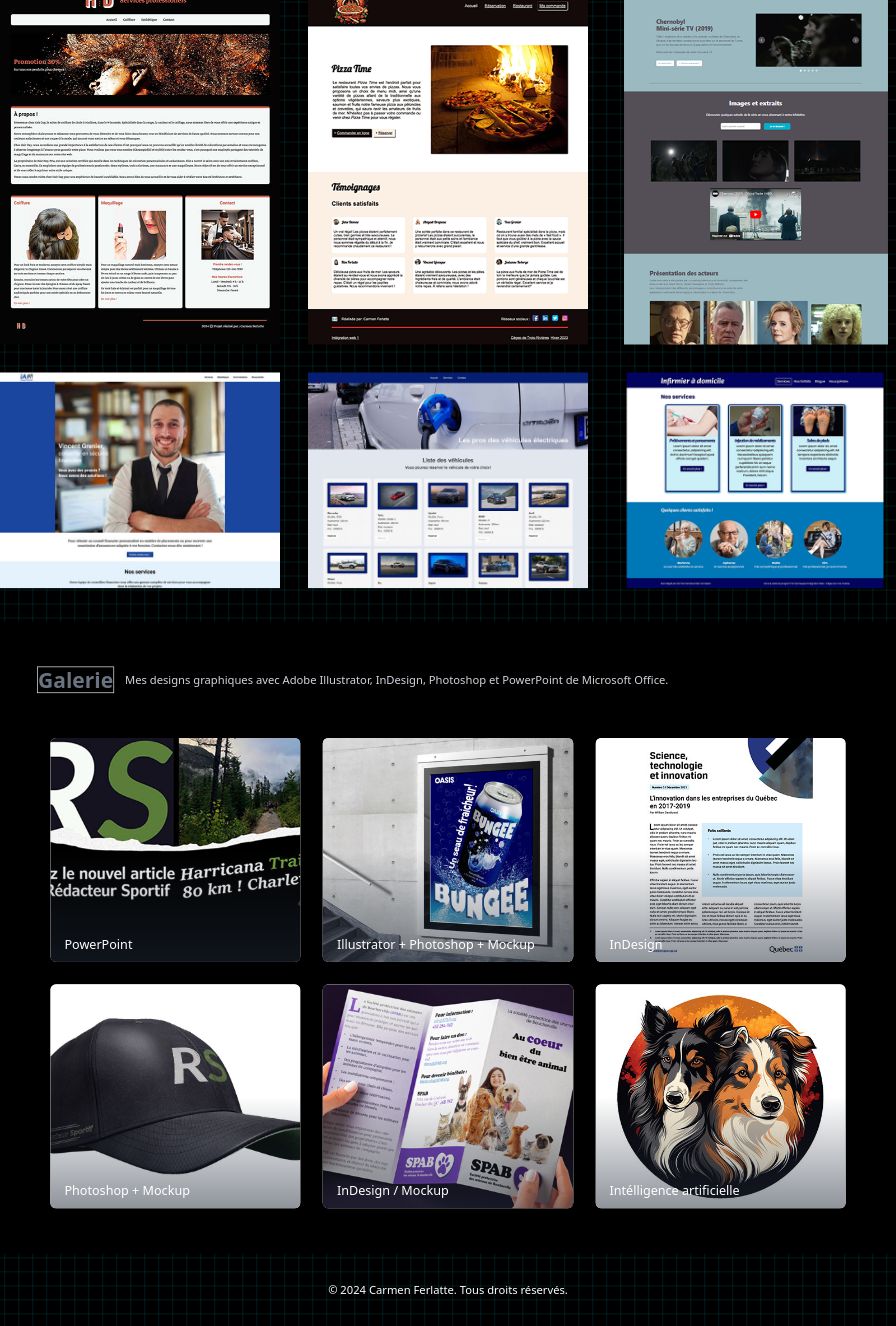
Repository: CarmenFerlatte/TP3__FerlatteCarmen
Page: realisations.html
An editor plug-in stored every save of this project. The page is shown before and after the next save, followed by the edit.
The browser window is 1280 px wide. The pictures show the part of the page from y = 1053 to 2973 px (the page is 2947 px tall before and 2973 px after), at 70% of full size.
Some web libraries are served in a nearby version. The style sheet was rebuilt from its Sass, Less or Tailwind sources for each picture, by a compiler version that may differ from the author's.

Above is the page before, as saved 2024-08-22 12:09:28.
Console error: TypeError: Cannot read properties of null (reading 'addEventListener')

### realisations.html
<!DOCTYPE html>
<html lang="fr-ca">
<head>
    <meta charset="UTF-8">
    <meta name="viewport" content="width=device-width, initial-scale=1.0">
    <link href="https://cdn.jsdelivr.net/npm/tailwindcss@2.2.19/dist/tailwind.min.css" rel="stylesheet">
    <title>Mon Portefolio</title>
    <script src="https://cdn.tailwindcss.com"></script>
    <link href="https://cdn.jsdelivr.net/npm/tailwindcss@2.2.19/dist/tailwind.min.css" rel="stylesheet">
    <link rel="stylesheet" href="https://cdnjs.cloudflare.com/ajax/libs/font-awesome/6.4.0/css/all.min.css">
    <link rel="stylesheet" href="style/css/style.css">
    <link rel="apple-touch-icon" sizes="180x180" href="img/favicons/apple-touch-icon.png">
    <link rel="icon" type="image/png" sizes="32x32" href="img/favicons/favicon-32x32.png">
    <link rel="icon" type="image/png" sizes="16x16" href="img/favicons/favicon-16x16.png">
    <link rel="manifest" href="img/favicons/site.webmanifest">
    <script src="https://code.jquery.com/jquery-3.6.0.min.js"></script>
    <script src="js/navbar.js" defer></script>
    <script src="js/script.js" defer></script>
    <script src="js/header.js" defer></script>
    <script src="js/install.js" defer></script>
    <script>
        $(function(){
            $("#header").load("assets/php/header.html");
            $("#footer").load("assets/php/footer.html");
        });
    </script>
</head>

<body class="bg-black text-white h-dvh">
    <header id="header"></header>

<main>
    <section class="md:h-full bg-black text-white py-8 sm:py-11 lg:py-12">
         <h1 class="text-2xl md:text-3xl lg:text-4xl xl:text-5xl font-bold text-center mt-20 border">Mes Réalisations</h1>
    <div class="container flex justify-center items-center mx-auto px-4 py-10 sm:py-20 md:py-4">

        <p class="text-sm sm:text-md md:text-base lg:text-1xl xl:text-2xl leading-6 text-left lg:py-20 px-5 md:px-2 lg:px-1 2xl:px-0 text-gray-200 border">Passionnée par le développement web 🖥  et le design 🎨, j'ai réalisé divers projets mettant en œuvre mes compétences 📑  en HTML , CSS, JavaScript et React. Ces technologies 👩‍💻 me permettent de créer des interfaces dynamiques 🚀 et interactives, alliant esthétisme et fonctionnalité. Parallèlement, j'explore ma créativité à travers des travaux de design élaborés avec la suite Adobe, où je m'applique avec enthousiasme 😃  à transformer des idées en visuels percutants. Mon approche multidisciplinaire me permet d'allier techniques de programmation et sens de l'esthétique <span><img class="w-7 inline-block align-middle" src="img/icons/design_web.svg" alt="icone design web"></span> , garantissant des projets non seulement performants mais également visuellement 👀 attrayants.  </p>

    </div>

<div class="container mx-auto px-4 py-1 md:py-5 md:mb-0 mt-[-10px] md:mt-0">
    <div class="grid grid-cols-12 gap-4 flex items-stretch px-5 md:px-2 lg:px-1">
        <div class="col-span-12 md:col-span-6 lg:col-span-4">
            <a href="#projets" title="Voir les projets">
                <div class="relative group cursor-pointer bg-gray-800 p-6 rounded-lg shadow-lg hover:bg-gray-700 hover:shadow-xl transition duration-300">
                    <h3 class="text-lg md:text-1xl lg:text-2xl font-bold text-gray-200">Développement Web</h3>
                    <p class="text-base md:text-lg lg:text-1xl  text-gray-300 mt-4 mb-1">Projets réalisés en HTML, CSS, JavaScript et React.</p>
                    <p class="flex">
                        <img src="img/icons/html5_icon.svg" alt="HTML5 icône" class="w-8 h-8 mt-2 mx-1">
                        <img src="img/icons/css3_icon.svg" alt="CSS3 icône" class="w-8 h-8 mt-2 mx-1">
                        <img src="img/icons/javascript_icon.svg" alt="JavaScript icône" class="w-7 h-7 mt-3 mx-1">
                        <img src="img/icons/react_native_icon.svg" alt="React icône" class="w-8 h-8 mt-3 mx-1">
                    </p>
                </div>
            </a>
        </div>

        <div class="col-span-12 md:col-span-6 lg:col-span-4 flex flex-col">
            <a href="#galerie" title="Voir les designs" class="flex-grow">
                <div class="relative group cursor-pointer bg-gray-800 p-6 rounded-lg shadow-lg hover:bg-gray-700 hover:shadow-xl transition duration-300 flex flex-col">
                    <h3 class="text-lg md:text-1xl lg:text-2xl font-bold text-gray-200 group">Design Graphique</h3>
                    <p class="text-base md:text-lg lg:text-1xl text-gray-300 mt-4 mb-1">Designs graphiques avec la suite Adobe et PowerPoint.</p>
                    <div class="flex">
                        <img src="img/icons/adobe-illustrator_icon.svg" alt="Illustrator icône" class="w-8 h-8 mt-2 mx-1">
                        <img src="img/icons/adobe_photoshop_icon.svg" alt="Photoshop icône" class="w-8 h-8 mt-2 mx-1">
                        <img src="img/icons/adobe_indesign_icon.svg" alt="InDesign icône" class="w-8 h-8 mt-2 mx-1">
                        <img src="img/icons/adobe-xd_icon.svg" alt="XD icône" class="w-8 h-8 mt-2 mx-1">
                        <img src="img/icons/Adobe_Acrobat_Reader_icon.svg" alt="Acrobat Reader icône" class="w-6 h-6 mt-3 mx-1">
                        <img src="img/icons/microsoft_powerpoint_icon.svg" alt="PowerPoint icône" class="w-8 h-8 mt-2 mx-1">
                    </div>
                </div>
            </a>
        </div>

        <div class="col-span-12 md:col-span-6 lg:col-span-4 flex flex-col">
            <a href="#galerie" title="Voir les projets" class="flex-grow">
                <div class="relative group cursor-pointer bg-gray-800 p-6 rounded-lg shadow-lg hover:bg-gray-700 hover:shadow-xl transition duration-300 flex flex-col">
                    <h3 class="text-lg md:text-1xl lg:text-2xl font-bold text-gray-200">Intelligence Artificielle</h3>
                    <p class="text-base md:text-lg lg:text-2xl text-gray-300 mt-4 mb-1">Création de logos avec l'intelligence artificielle.</p>
                    <div class="flex">
                        <img src="img/icons/intelligence_artificielle_icon.svg" alt="PowerPoint icône" class="w-8 h-8 mt-2 mx-1">
                    </div>
                </div>
            </a>
        </div>
    </div>
</div>


    </section>

    <section class="cyber-grid h-full">
        <div class="w-10/12 lg:w-11/12 mx-auto pt-10 flex items-end space-x-4">
            <h2 id="projets" class="text-2xl md:text-3xl lg:text-4xl font-bold text-gray-500 lg:text-3xl dark:text-white">Projets</h2>
            <p class="text-1xl md:text-2xl text-gray-300 dark:text-gray-300">
                Projets réalisés en html, css et JavaScript.
                </p>
        </div>
    <div class="container mx-auto py-8 md:mt-2 px-2 md:px-2 lg:px-0">

        <div class="grid grid-cols-1 md:grid-cols-2 lg:grid-cols-3 gap-10 p-4 w-full mx-auto place-items-start px-10 sm:px-0">
            <img class="hover:opacity-75" src="img/screenshots/2024__projet__salon_de_coiffure.jpg" alt="image">
            <img class="hover:opacity-75" src="img/screenshots/2024__projet__restaurant.png" alt="image">
            <img class="hover:opacity-75" src="img/screenshots/2024__projet_cinema.png" alt="image">
            <img class="hover:opacity-75" src="img/screenshots/2024__projet__vincent_grenier_w600.jpg" alt="image">
            <img class="hover:opacity-75" src="img/screenshots/mon_premier_projet_react.jpg" alt="image">
            <img class="hover:opacity-75" src="img/screenshots/2023__projet__soins_infirmiers.png" alt="image">
        </div>
    </div>
</section>
    <section class="dark:bg-gray-800 h-full">

        <div class="w-10/12 lg:w-11/12 mx-auto my-16 flex items-center space-x-4">

            <h2 id="galerie" class="text-3xl md-text-4xl font-bold text-gray-500 dark:text-white border">Galerie</h2>

            <p class="text-1xl text-gray-300 dark:text-gray-300">
                Mes designs graphiques avec Adobe Illustrator, InDesign, Photoshop et PowerPoint de Microsoft Office.
            </p>
        </div>

    <div class="mx-auto h-auto max-w-screen-2xl px-4 md:px-8 mb-16 mt-auto">

        <div class="grid grid-cols-1 md:grid-cols-2 lg:grid-cols-3 mx-10 gap-4 md:gap-6 xl:gap-8">
            <!-- image - start -->
            <a href="https://le-redacteur-sportif.ca/harricana_trail_2023.html" title="Le Rédacteur Sportif" target="_blank" rel="noopener noreferrer"
                class="group relative flex items-end h-72 md:h-80 overflow-hidden rounded-lg bg-gray-100 shadow-lg">
                <img src="img/design/harricana_trail_80km__charlevoix__Vincent_Greniert.jpg" loading="lazy" alt="Projet Carmen Ferlatte Adobe InDesign (brochure)" class="absolute inset-0 h-full w-full object-cover object-center transition duration-200 group-hover:scale-110">

                <div
                    class="pointer-events-none absolute inset-0 bg-gradient-to-t from-gray-800 via-transparent to-transparent opacity-50">
                </div>

                <span class="relative ml-4 mb-3 inline-block text-sm text-white md:ml-5 md:text-lg">PowerPoint</span>
            </a>
            <!-- image - end -->

            <!-- image - start -->
            <div
                class="group relative flex items-end h-72 md:h-48 overflow-hidden rounded-lg bg-gray-100 shadow-lg md:h-80">
                <img src="img/design/05__affiche_bungee__Carmen_Ferlatte.jpg" loading="lazy" alt="Projet Carmen Ferlatte Adobe Illustrator (affiche)" class="absolute inset-0 h-full w-full object-cover object-center transition duration-200 group-hover:scale-110">

                <div
                    class="pointer-events-none absolute inset-0 bg-gradient-to-t from-gray-800 via-transparent to-transparent opacity-50">
                </div>

                <span class="relative ml-4 mb-3 inline-block text-sm text-white md:ml-5 md:text-lg">Illustrator + Photoshop + Mockup</span>
            </div>
            <!-- image - end -->

            <!-- image - start -->
            <div
                class="group relative flex items-end h-72 md:h-48 overflow-hidden rounded-lg bg-gray-100 shadow-lg md:h-80">
                <img src="img/design/exercice_inDesign__Carmen_Ferlatte.jpg" loading="lazy" alt="Photo by Magicle" class="absolute inset-0 h-full w-full object-cover object-center transition duration-200 group-hover:scale-110">

                <div
                    class="pointer-events-none absolute inset-0 bg-gradient-to-t from-gray-800 via-transparent to-transparent opacity-50">
                </div>

                <span class="relative ml-4 mb-3 inline-block text-sm text-white md:ml-5 md:text-lg">InDesign</span>
            </div>
            <!-- image - end -->

            <!-- image - start -->
            <a href="https://le-redacteur-sportif.ca/harricana_trail_2023.html" title="Le Rédacteur Sportif" target="_blank" rel="noopener noreferrer"
                class="group relative flex items-end h-72 md:h-48 overflow-hidden rounded-lg bg-gray-100 shadow-lg md:h-80">
                <img src="img/design/casquette__RS__w1200.jpg" loading="lazy" alt="Affiche médias sociaux PowerPoint / Carmen Ferlatte" class="absolute inset-0 h-full w-full object-cover object-center transition duration-200 group-hover:scale-110">

                <div
                    class="pointer-events-none absolute inset-0 bg-gradient-to-t from-gray-800 via-transparent to-transparent opacity-50">
                </div>

                <span class="relative ml-4 mb-3 inline-block text-sm text-white md:ml-5 md:text-lg">Photoshop + Mockup</span>
            </a>
            <!-- image - end -->

            <!-- image - start -->
            <div
                class="group relative flex h-72 md:h-48 items-end overflow-hidden rounded-lg bg-gray-100 shadow-lg md:h-80">
                <img src="img/design/projet__brochure__spa__450x345.jpg" loading="lazy" alt="Brochure InDesign et Mockup / Carmen Ferlatte" class="absolute inset-0 h-full w-full object-cover object-center transition duration-200 group-hover:scale-110">

                <div
                    class="pointer-events-none absolute inset-0 bg-gradient-to-t from-gray-800 via-transparent to-transparent opacity-50">
                </div>

                <span class="relative ml-4 mb-3 inline-block text-sm text-white md:ml-5 md:text-lg">InDesign / Mockup</span>
            </div>
            <!-- image - end -->
             <!-- image - start -->
            <div
                class="group relative flex h-72 md:h-48 items-end overflow-hidden rounded-lg bg-gray-100 shadow-lg md:h-80">
                <img src="img/design/logo_colley_carmen_ferlatte.jpg" loading="lazy" alt="Logo fait avec l'Intélligence artificielle / Carmen Ferlatte" class="absolute inset-0 h-full w-full object-cover object-center transition duration-200 group-hover:scale-110">

                <div
                    class="pointer-events-none absolute inset-0 bg-gradient-to-t from-gray-800 via-transparent to-transparent opacity-50">
                </div>

                <span class="relative ml-4 mb-3 inline-block text-sm text-white md:ml-5 md:text-lg">Intélligence artificielle</span>
            </div>
            <!-- image - end -->
        </div>
    </div>
</section>
</main>

   <footer id="footer" class="block clear-both mt-16"></footer>
</body>
</html>

### js/header.js
// Header and footer loading script

$(function () {
    $('#header').load('assets/php/header.html', function() {
        let navbar = document.querySelector('.bg-animated');
        if (navbar) {
            let lastScrollTop = 0;

            window.addEventListener('scroll', function () {
                let scrollTop = window.scrollY || document.documentElement.scrollTop;
                if (scrollTop > lastScrollTop) {
                    // Scroll down
                    navbar.classList.add('navbar-hidden');
                } else {
                    // Scroll up
                    navbar.classList.remove('navbar-hidden');
                }

                    lastScrollTop = scrollTop;
            });
        } else {
            console.error('Navbar not found');
        }
    });
    $('#footer').load('assets/php/footer.html', function (response, status, xhr) {
        if (status === "error") {
            console.error("Erreur de chargement du pied de page: " + xhr.status + " " + xhr.statusText);
        } else {
            console.log("Le pied de page a été chargé avec succès");
        }
    });
});

### js/install.js
// Description: Script pour l'installation de la PWA

let deferedInstallPrompt = null;
    const installButton = document.getElementById('butInstall');

    installButton.addEventListener('click', installPWA);

    window.addEventListener('beforeInstallPrompt', afficherButtonInstall);

    function afficherBoutonInstall(evt) {
        deferedInstallPrompt = evt;
        installButton.removeAttribute('hidden');
    }

    function installPWA(evt) {
        deferedInstallPrompt.prompt();
        evt.srcElement.setAttribute('hidden', true);
        deferedInstallPrompt.userChoice
            .then((choice) => {
                if (choice.outcome === 'accepted') {
                    console.log("L'usager a installé la PWA VIA le mon bouton d'installation", choice);
                } else {
                    console.log("Lusager a refusé l'installation de la PWA VIA le boutton d'installation", choice);
                }
                deferedInstallPrompt = null;
            });

        function logAppInstalled(evt) {
            console.log("L'usager a installé la PWA VIA Les ... de Chrome");
    }
 };

### assets/php/header.html
<header>
  <nav class="bg-animated cyber-grid fixed w-full z-50">
    <div class="w-full mx-auto px-6 md:px-10">
      <div class="flex justify-between items-center py-6">
        <a
          href="index.html"
          class="text-xl sm:text-1xl lg:text-2xl font-bold neon-text glitch-effect"
          data-text="Carmen Ferlatte"
          >Carmen Ferlatte</a
        >
        <label for="menu-toggle">Portefolio</label>
        <input type="checkbox" id="menu-toggle" class="hidden" />
        <label for="menu-toggle" class="menu-icon cursor-pointer md:hidden">
          <span class="hamburger"></span>
        </label>
        <ul class="menu hidden md:flex md:items-center space-x-10">
          <li>
            <a href="index.html" class="nav-link" data-text="Accueil"
              >Accueil</a
            >
          </li>
          <li>
            <a
              href="realisations.html"
              class="nav-link"
              data-text="Réalisations"
              >Réalisations</a
            >
          </li>
          <li>
            <a href="contact.html" class="nav-link" data-text="Contact"
              >Contact</a
            >
          </li>
          <!-- <li><a href="#" class="bg-gradient-to-r from-cyan-500 to-blue-500 text-white font-bold py-2 px-4 rounded hover:from-cyan-600 hover:to-blue-600 transition-all duration-300">Sign Up</a></li> -->
        </ul>
      </div>
    </div>
  </nav>
</header>

### assets/php/footer.html
<footer class="cyber-grid">
    <div class="container mx-auto px-4 py-10">
        <p class="text-center text-white">© 2024 Carmen Ferlatte. Tous droits réservés.</p>
   </div>
</footer>

### style/sass/style.scss
@use "navbar" as *;

### style/sass/_navbar.scss
@keyframes neon-pulse {
    0%, 100% {
        text-shadow: 0 0 5px #fff, 0 0 10px #fff, 0 0 15px #fff, 0 0 20px #0891b2, 0 0 35px #0891b2, 0 0 40px #0891b2, 0 0 50px #0891b2, 0 0 75px #0891b2;
    }
    50% {
        text-shadow: 0 0 2px #fff, 0 0 5px #fff, 0 0 7px #fff, 0 0 10px #0891b2, 0 0 17px #0891b2, 0 0 20px #0891b2, 0 0 25px #0891b2, 0 0 37px #0891b2;
    }
}

.neon-text {
    animation: neon-pulse 1.5s infinite alternate;
}

.bg-animated {
    background: linear-gradient(-45deg, #000000, #1a1a1a, #000033, #003366);
    background-size: 400% 400%;
    animation: gradient 15s ease infinite;
}

@keyframes gradient {
    0% { background-position: 0% 50%; }
    50% { background-position: 100% 50%; }
    100% { background-position: 0% 50%; }
}

.cyber-grid {
    background-image:
        linear-gradient(rgba(0, 255, 255, 0.1) 1px, transparent 1px),
        linear-gradient(90deg, rgba(0, 255, 255, 0.1) 1px, transparent 1px);
    background-size: 20px 20px;
    animation: cyber-grid-move 20s linear infinite;
}

@keyframes cyber-grid-move {
    0% { background-position: 0 0; }
    100% { background-position: 20px 20px; }
}



.nav-link {
    position: relative;
    overflow: hidden;

        &::before {
            content: '';
            position: absolute;
            bottom: 0;
            left: 0;
            width: 100%;
            height: 2px;
            background-color: #0891b2;
            transform: translateX(-100%);
            transition: transform 0.3s ease;
        }

       &:hover::before {
            transform: translateX(0);
        }

        &::after {
            content: attr(data-text);
            position: absolute;
            top: 0;
            left: 0;
            width: 100%;
            height: 100%;
            display: flex;
            align-items: center;
            justify-content: center;
            transform: translateY(100%);
            background: linear-gradient(to bottom, #0891b2, #3e43cb);
            -webkit-background-clip: text;
            background-clip: text;
            -webkit-text-fill-color: transparent;
            transition: transform 0.3s ease;
        }

        &:hover::after {
            transform: translateY(0);
        }
}


.glitch-effect {
    position: relative;

    &::before,
    &::after {
        content: attr(data-text);
        position: absolute;
        top: 0;
        left: 0;
        width: 100%;
        height: 100%;
        opacity: 0.8;
    }

    &::before {
        left: 2px;
        text-shadow: -2px 0 #ff00de;
        clip: rect(24px, 550px, 90px, 0);
        animation: glitch-anim 3s infinite linear alternate-reverse;
    }

    &::after {
        left: -2px;
        text-shadow: -2px 0 #0891b2;
        clip: rect(85px, 550px, 140px, 0);
        animation: glitch-anim 2s infinite linear alternate-reverse;
    }

}



@keyframes glitch-anim {
    0% { clip: rect(39px, 9999px, 71px, 0); }
    20% { clip: rect(3px, 9999px, 5px, 0); }
    40% { clip: rect(6px, 9999px, 38px, 0); }
    60% { clip: rect(13px, 9999px, 43px, 0); }
    80% { clip: rect(44px, 9999px, 93px, 0); }
    100% { clip: rect(54px, 9999px, 47px, 0); }
}

#menu-toggle {
    &:checked {
        ~ .menu {
            display: block;
        }

        ~ .menu-icon {
            .hamburger {
                transform: rotate(45deg);

                &::before {
                    transform: translateY(8px) rotate(90deg);
                }

                &::after {
                    transform: translateY(-8px) rotate(90deg);
                }
            }
        }
    }
}

.hamburger,
.hamburger::before,
.hamburger::after {
    content: '';
    display: block;
    background: #0891b2;
    height: 3px;
    width: 30px;
    transition: transform 0.5s cubic-bezier(0.23, 1, 0.32, 1);
}

.hamburger {
    &::before {
        transform: translateY(-8px);
    }

    &::after {
        transform: translateY(8px);
    }
}

@media (max-width: 768px) {
    .menu {
        position: fixed;
        top: 60px;
        left: 0;
        right: 0;
        width: 100%;
        height: 0;
        background: rgba(0, 0, 0, 0.9);
        overflow: hidden;
        transition: height 0.5s cubic-bezier(0.23, 1, 0.32, 1);
        text-align: right;
        padding-right: 20px;
        padding-top: 20px;

        a {
            display: block;
            font-size: 1.2rem;
            padding: 10px 0;
            text-decoration: underline 2px #0891b2;

            &:hover {
                color: #0891b2;
                text-decoration: none;
                cursor: pointer;
            }
        }
    }

    #menu-toggle:checked ~ .menu {
        height: calc(100vh - 60px);
    }
}

@media (max-width: 640px) {
    .no-glitch {
        animation: none !important;
    }
}

/*-------------Invisible Navbar-------------*/

.navbar-hidden {
    transform: translateY(-100%);
    transition: transform 0.3s ease-in-out;
}

Loaded but not shown: js/script.js (33 lines, source omitted); js/navbar.js (30 lines, source omitted)

After the next save:
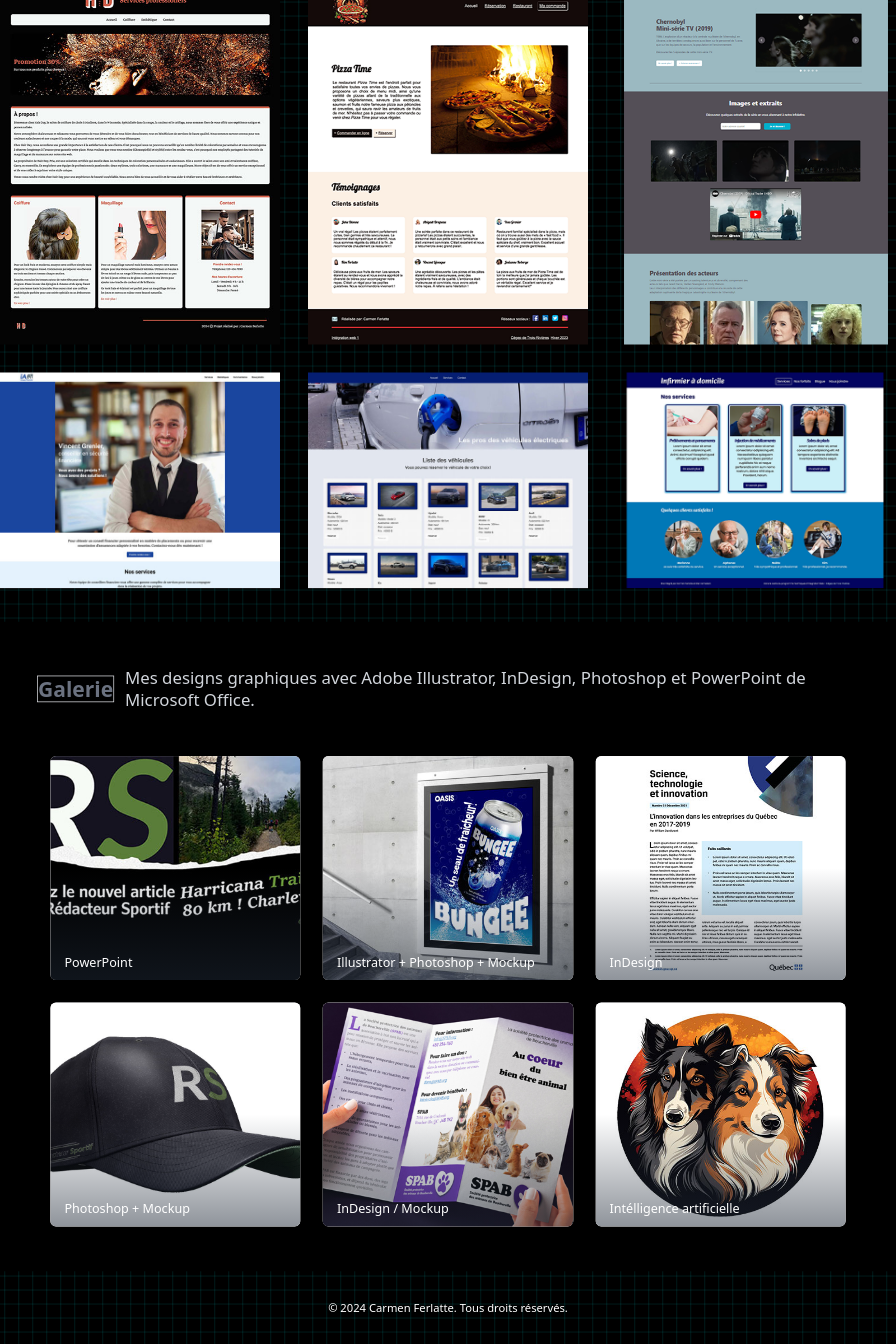
Saved 50 s later.
--- a/realisations.html
+++ b/realisations.html
@@ -114,7 +114,7 @@
 
             <h2 id="galerie" class="text-3xl md-text-4xl font-bold text-gray-500 dark:text-white border">Galerie</h2>
 
-            <p class="text-1xl text-gray-300 dark:text-gray-300">
+            <p class="text-1xl md:text-2xl text-gray-300 dark:text-gray-300">
                 Mes designs graphiques avec Adobe Illustrator, InDesign, Photoshop et PowerPoint de Microsoft Office.
             </p>
         </div>
